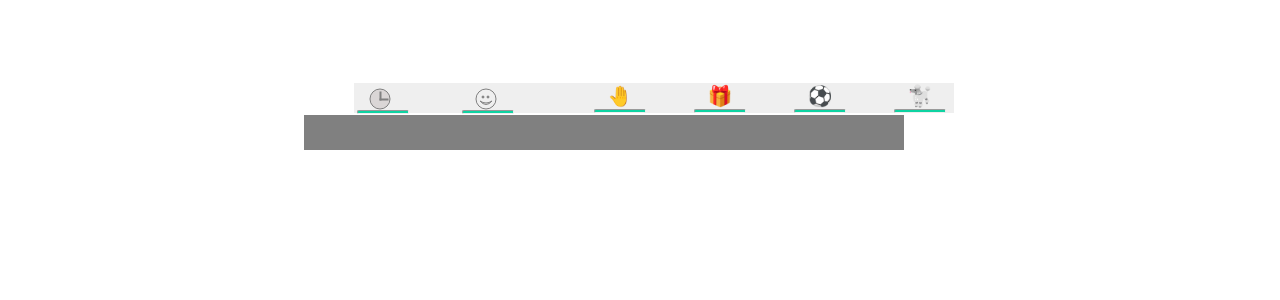
Repository: Gaj123-coder/emoji-search-app
Page: /
The author's editor kept a copy of each file at every save. The page is drawn from the files as they stood at one save, then again after a run of saves.
The browser window is 1280 px wide. The pictures show the whole page.
The project was rebuilt for these pictures with package versions that can differ from the ones it lists, and the page was loaded fresh each time.

Above is the page before, as saved 2021-10-31 11:59:26.

After the next 2 saves:
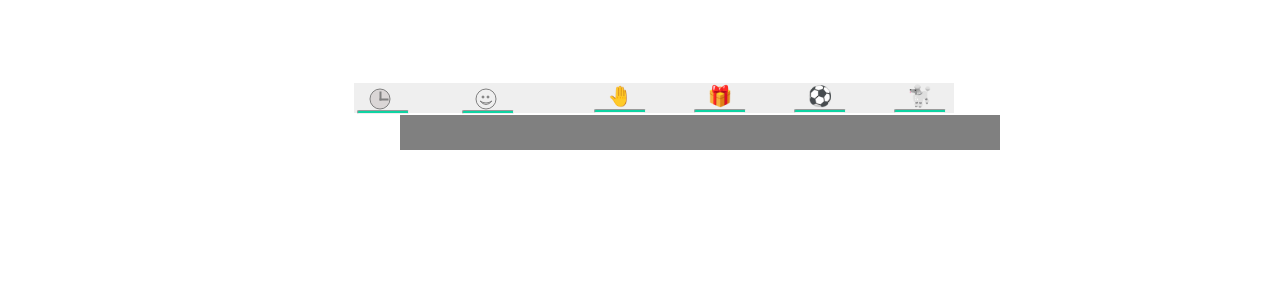
The 2 saves are shown as one change because they came seconds apart.
The last was saved 13 s later.
--- a/src/Components/Result/res.module.css
+++ b/src/Components/Result/res.module.css
@@ -2,7 +2,7 @@
     width: 600px;
     height:35px;
     position: relative;
-    left:19rem;
+    left:25rem;
     top:5rem;
     background-color: grey;
 }
